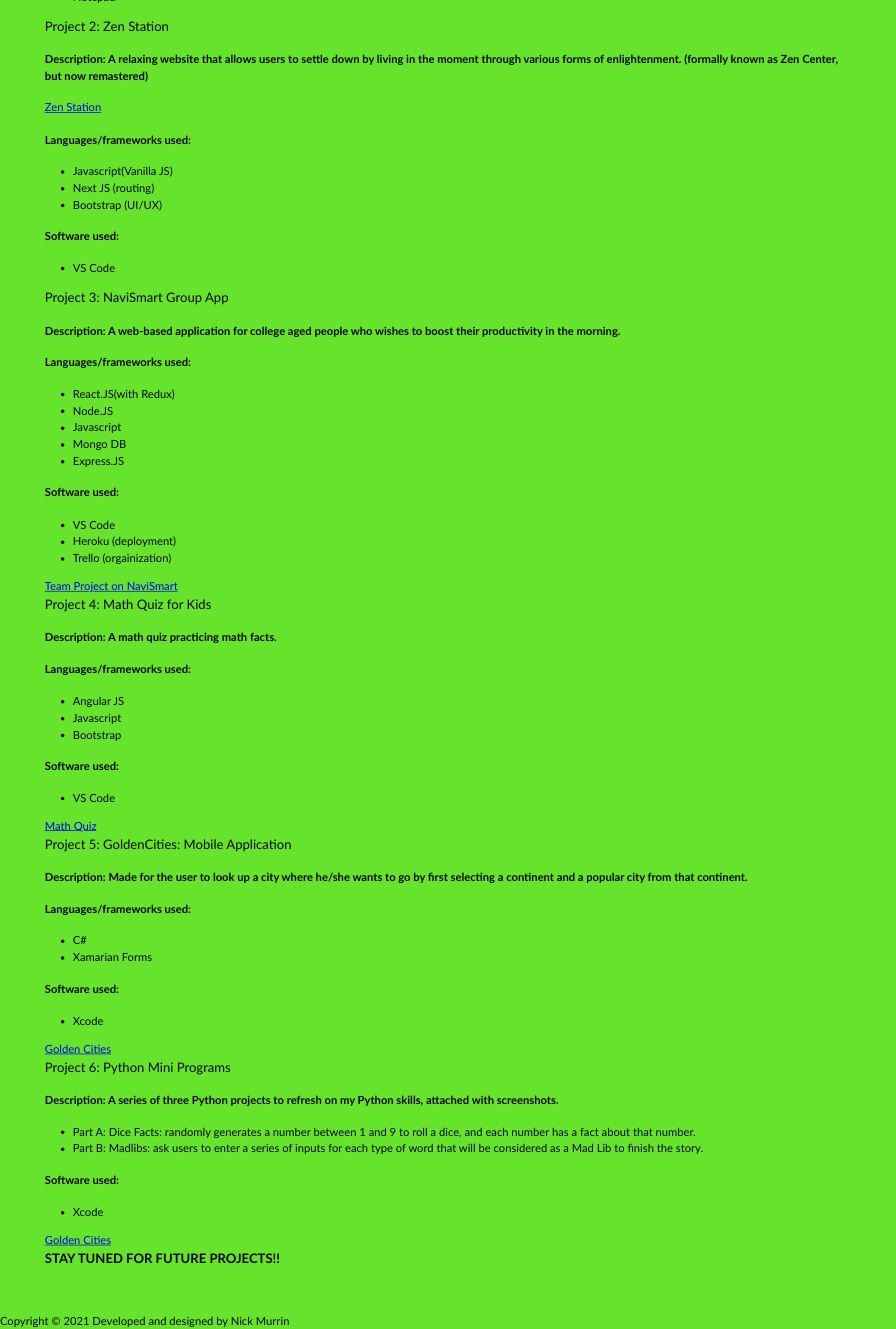
Repository: collegedude9300/modernport
Page: about.html
An editor plug-in stored every save of this project. The page is shown before and after the next save, followed by the edit.
The browser window is 1280 px wide. The pictures show the part of the page from y = 773 to 2693 px (the page is 2672 px tall before and 2693 px after), at 70% of full size.

Above is the page before, as saved 2022-10-21 17:33:23.

After the next save:
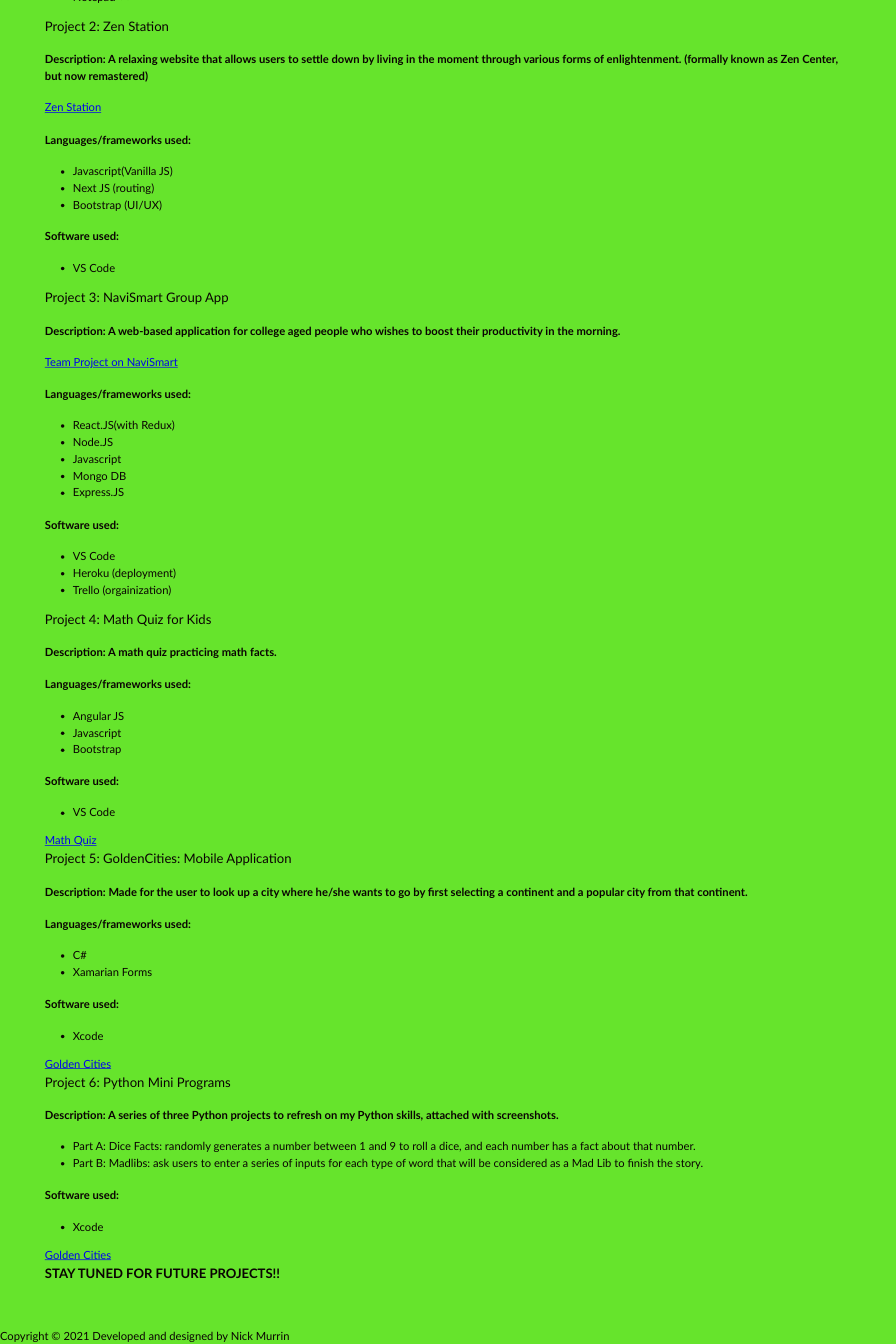
Saved 34 s later.
--- a/about.html
+++ b/about.html
@@ -90,6 +90,7 @@ About Me:
         <h3>Project 3: NaviSmart Group App</h3>
         <h4>Description: A web-based application for college aged people who wishes to boost their productivity in the morning.
         </h4>
+        <a href="https://github.com/Willhanau/FigNeutrons">Team Project on NaviSmart</a>
  <h4> Languages/frameworks used: </h4>
 <ul>
   <li>React.JS(with Redux)</li>
@@ -104,7 +105,6 @@ About Me:
 <li> Heroku (deployment)  </li>
 <li> Trello (orgainization)  </li>
 </ul>
-<a href="https://github.com/Willhanau/FigNeutrons">Team Project on NaviSmart</a>
 </div>
 
 <div class="project4">
